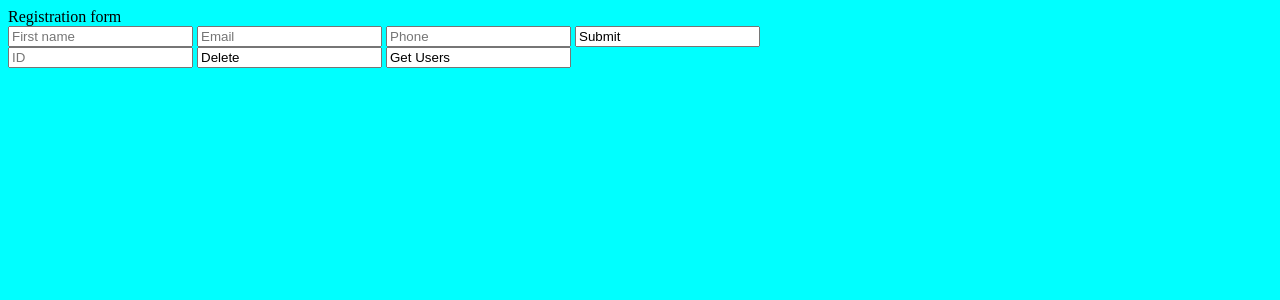
Repository: mediumrtp/CRUD
Page: index.html
These files come from the project's save history. The page is drawn as it stood at one moment and after the next save; the edit follows.
The browser window is 1280 px wide. The pictures show the whole page.

Above is the page before, as saved 2022-11-18 14:23:06.
Console error: TypeError: Cannot read properties of null (reading 'addEventListener')

### index.html
<!DOCTYPE html>
<html>

<head>
    <link rel="stylesheet" type="text/css" href="css/style.css">
</head>

<body onLoad="start_my_script ()>
    <h1 class=" heading ">Registration form</h1>
    <form class="form " action="/add_user " method="POST ">
        <input type="text " name="empName " placeholder="First name " required>
        <input type="email " name="empEmail " placeholder="Email " required>
        <input type="text " name="empMobile " placeholder="Phone " required>
        <input type="submit " value="Submit ">
    </form>
    <form class="delete " action="/delete " method="POST ">
        <input type="text " name="id " placeholder="ID " required>
        <input type="submit " value="Delete ">
        <input type="button " id="btnGetUsers " value="Get Users " />
        <script>
            function httpGet() {
                var xmlHttp = new XMLHttpRequest();
                xmlHttp.open("GET ", "http://localhost:8000/view ", false); // false for synchronous request
                xmlHttp.send(null);
                console.log(xmlHttp.responseText);
                return xmlHttp.responseText;
            }
            const myBtn = document.getElementById('btnGetUsers');
            myBtn.addEventListener('click', (event) => {
                console.log('clicked');
                httpGet();
            });
        </script>
    </form>


</body>

</html>

### style.css
body {
    background-color: aqua;
}

.h1 {
    color: red
}

After the next save:
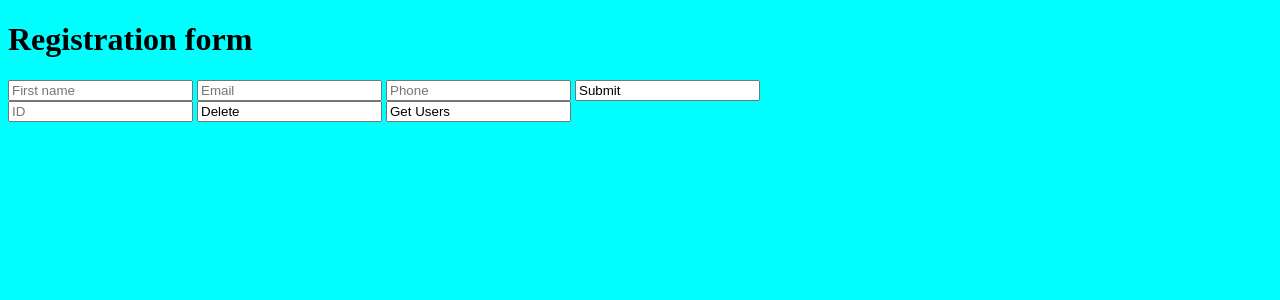
Saved 25 s later.
--- a/index.html
+++ b/index.html
@@ -5,7 +5,7 @@
     <link rel="stylesheet" type="text/css" href="css/style.css">
 </head>
 
-<body onLoad="start_my_script ()>
+<body>
     <h1 class=" heading ">Registration form</h1>
     <form class="form " action="/add_user " method="POST ">
         <input type="text " name="empName " placeholder="First name " required>
